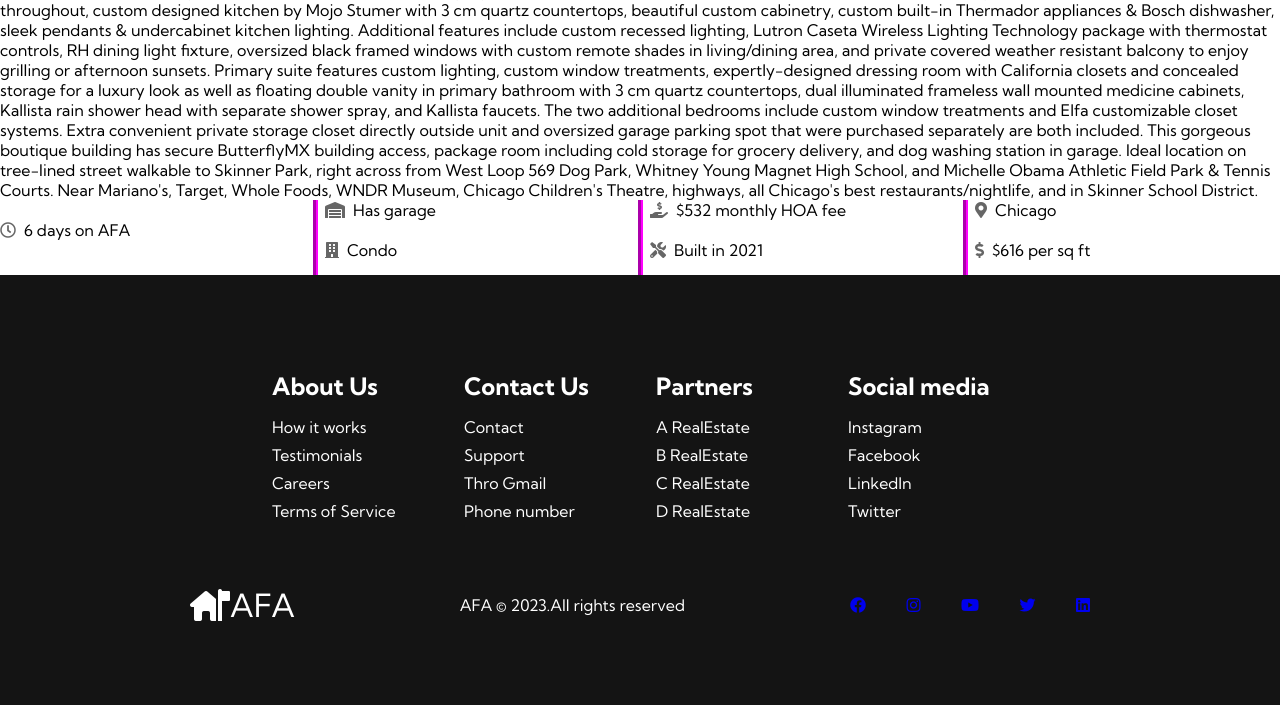
Repository: MrAllin1/ProgWWW_23_Gr1
Page: pages/Apartment1.html
The author's editor kept a copy of each file at every save. The page is drawn from the files as they stood at one save, then again after the next save.
The browser window is 1280 px wide. The pictures show the part of the page from y = 709 to 1489 px (the page is 1414 px tall before and 1489 px after).
A picture or video elsewhere on the page could not be fetched, so the positions and the page height are approximate. Some web libraries are served in a nearby version.

Above is the page before, as saved 2024-01-11 02:22:23.

### pages/Apartment1.html
<!DOCTYPE html>
<html lang="en">
<head>
    <meta charset="UTF-8">
    <meta name="viewport" content="width=device-width, initial-scale=1.0">
    <link rel="stylesheet" type="text/css" href="../pages/stylesForHouse.css">
    <script src="https://kit.fontawesome.com/186711ed6a.js" crossorigin="anonymous"></script>
    <link rel="preconnect" href="https://fonts.googleapis.com">
    <link rel="preconnect" href="https://fonts.gstatic.com" crossorigin>
    <link href="https://fonts.googleapis.com/css2?family=Kumbh+Sans:wght@400;700&display=swap" rel="stylesheet">
    <link rel="stylesheet" href="https://cdnjs.cloudflare.com/ajax/libs/font-awesome/5.15.1/css/all.min.css">
    <title>Apartment on Chicago</title>
</head>
<body>
    <nav class="navbar">
        <div class="navbar_container">
            <a href="/" id="navbar_logo"> <i class="fas fa-house-flag"></i>AFA</a>
            <div class="navbar_toggle" id="mobile-menu">
                <span class="bar"></span>
                <span class="bar"></span>
                <span class="bar"></span>
            </div>
            <ul class="navbar_menu">
                <li class="navbar_item">
                    <a href="#home" class="navbar_link">Home</a>
                </li>
                <li class="navbar_item">
                    <a href="#services" class="navbar_link">Services</a>
                </li>
                <li class="navbar_item">
                    <a href="/pages/BuyRent.html" class="navbar_link">Buy/Rent</a>
                </li>
                <li class="navbar_item">
                    <a href="/pages/sell.html" class="navbar_link">Sell</a>
                </li>
                <li class="navbar_btn">
                    <a href="/pages/signUp.html" class="button">Sign Up</a>
                </li>
            </ul>
        </div>
    </nav>
    <div class="gallery-container">
        <h2>Welcome to the Chicago, IL 60607 Apartment</h2> </br>
        <a href="https://www.google.com/maps/place/1400+W+Monroe+St+Unit+3D,+Chicago,+IL+60607/@41.8921309,-87.6437649,17z/data=!3m1!4b1!4m5!3m4!1s0x880e2c022b8c54db:0xb0636704019237d3!8m2!3d41.8921309!4d-87.6415762" target="_blank" class="services_link1">1400 W Monroe St Unit 3D, Chicago, IL 60607</a> </br>
        <p>$1,135,000</p></br>
        <span> 171 square meters</span>
        <div class="gallery">
            <img src="/images/Apartment_1/item_1.jpg" alt="Image 1" />
            <img src="/images/Apartment_1/item_2.jpg" alt="Image 2" />
            <img src="/images/Apartment_1/item_3.jpg" alt="Image 3" />
            <img src="/images/Apartment_1/item_4.jpg" alt="Image 4" />
            <img src="/images/Apartment_1/item_5.JPG" alt="Image 5" />
            <img src="/images/Apartment_1/item_6.JPG" alt="Image 6" />
            <img src="/images/Apartment_1/item_7.JPG" alt="Image 7" />
            <img src="/images/Apartment_1/item_8.JPG" alt="Image 8" />
            <img src="/images/Apartment_1/item_9.JPG" alt="Image 9" />
            <img src="/images/Apartment_1/item_10.jpg" alt="Image 10" />
            <img src="/images/Apartment_1/item_11.jpg" alt="Image 11" />
            <img src="/images/Apartment_1/item_12.jpg" alt="Image 12" />
            <img src="/images/Apartment_1/item_13.jpg" alt="Image 13" />
            <img src="/images/Apartment_1/item_14.jpg" alt="Image 14" />
            <img src="/images/Apartment_1/item_15.JPG" alt="Image 15" />
            <img src="/images/Apartment_1/item_16.jpg" alt="Image 16" />
            <img src="/images/Apartment_1/item_17.jpg" alt="Image 17" />
            <img src="/images/Apartment_1/item_18.jpg" alt="Image 18" />
            <img src="/images/Apartment_1/item_19.jpg" alt="Image 19" />
            <img src="/images/Apartment_1/item_20.jpg" alt="Image 20" />
            <img src="/images/Apartment_1/item_21.jpg" alt="Image 21" />
            <img src="/images/Apartment_1/item_22.jpg" alt="Image 22" />
          </div>

          <button class="arrow-button left">&#8249;</button>
          <button class="arrow-button right">&#8250;</button>
          <p> About this home
            Stunning 3Bed/2.5Bath corner condo in the gorgeous, newer construction 1400 W Monroe Residences!
            Distinctly upgraded unit includes hardwood floors throughout, custom designed kitchen by Mojo Stumer
            with 3 cm quartz countertops, beautiful custom cabinetry, custom built-in Thermador appliances & Bosch
            dishwasher, sleek pendants & undercabinet kitchen lighting. Additional features include custom recessed
            lighting, Lutron Caseta Wireless Lighting Technology package with thermostat controls, RH dining light
            fixture, oversized black framed windows with custom remote shades in living/dining area, and private
            covered weather resistant balcony to enjoy grilling or afternoon sunsets. Primary suite features custom
            lighting, custom window treatments, expertly-designed dressing room with California closets and concealed
            storage for a luxury look as well as floating double vanity in primary bathroom with 3 cm quartz countertops,
            dual illuminated frameless wall mounted medicine cabinets, Kallista rain shower head with separate shower spray,
            and Kallista faucets. The two additional bedrooms include custom window treatments and Elfa customizable closet
            systems. Extra convenient private storage closet directly outside unit and oversized garage parking spot that
            were purchased separately are both included. This gorgeous boutique building has secure ButterflyMX building
            access, package room including cold storage for grocery delivery, and dog washing station in garage. Ideal
            location on tree-lined street walkable to Skinner Park, right across from West Loop 569 Dog Park, Whitney
            Young Magnet High School, and Michelle Obama Athletic Field Park & Tennis Courts. Near Mariano's, Target,
            Whole Foods, WNDR Museum, Chicago Children's Theatre, highways, all Chicago's best restaurants/nightlife,
            and in Skinner School District.</p>
    </div>

    <div class="property-features">
      <div class="feature">
        <i class="far fa-clock"></i> 6 days on AFA
      </div>
      <div class="feature">
        <i class="fas fa-warehouse"></i> Has garage
      </div>
      <div class="feature">
        <i class="fas fa-building"></i> Condo
      </div>
      <div class="feature">
        <i class="fas fa-hand-holding-usd"></i> $532 monthly HOA fee
      </div>
      <div class="feature">
        <i class="fas fa-tools"></i> Built in 2021
      </div>
      <div class="feature">
        <i class="fas fa-map-marker-alt"></i> Chicago
      </div>
      <div class="feature">
        <i class="fas fa-dollar-sign"></i> $616 per sq ft
      </div>
    </div>


    <div class="footer_container">
        <div class="footer_links">
            <div class="footer_link-wrapper">
                <div class="footer_link-items">
                    <h2>About Us</h2>
                    <a href="/">How it works</a>
                    <a href="/">Testimonials</a>
                    <a href="/">Careers</a>
                    <a href="/">Terms of Service</a>
                </div>
                <div class="footer_link-items">
                    <h2>Contact Us</h2>
                    <a href="/">Contact</a>
                    <a href="/">Support</a>
                    <a href="/">Thro Gmail</a>
                    <a href="/">Phone number</a>
                </div>
            </div>
            <div class="footer_link-wrapper">
                <div class="footer_link-items">
                    <h2>Partners</h2>
                    <a href="/">A RealEstate</a>
                    <a href="/">B RealEstate</a>
                    <a href="/">C RealEstate</a>
                    <a href="/">D RealEstate</a>
                </div>
                <div class="footer_link-items">
                    <h2>Social media</h2>
                    <a href="https://www.instagram.com" target="_blank">Instagram</a>
                    <a href="https://www.facebook.com" target="_blank">Facebook</a>
                    <a href="https://www.linkedin.com" target="_blank">LinkedIn</a>
                    <a href="https://www.twitter.com" target="_blank">Twitter</a>
                </div>
            </div>
        </div>
        <div class="social_media">
            <div class="social_media-wrap">
                <div class="footer_logo">
                    <a href="/" id="footer_logo"> <i class="fas fa-house-flag"></i>AFA</a>
                </div>
                <p class="website_rights">AFA © 2023.All rights reserved</p>
                <div class="social_icons">
                    <a href="/" class="social_icon_link" target="_blank"><i class="fab fa-facebook"></i></a>
                    <a href="https://www.instagram.com" class="social_icon_link" target="_blank"><i class="fab fa-instagram"></i></a>
                    <a href="https://www.facebook.com" class="social_icon_link" target="_blank"><i class="fab fa-youtube"></i></a>
                    <a href="https://www.twitter.com" class="social_icon_link" target="_blank"><i class="fab fa-twitter"></i></a>
                    <a href="https://www.linkedin.com" class="social_icon_link" target="_blank"><i class="fab fa-linkedin"></i></a>
                </div>
            </div>
        </div>
    </div>

    <script src="../app.js"></script>

</body>
</html>

### pages/stylesForHouse.css
*{
    box-sizing: border-box;
    margin: 0;
    padding: 0;
    font-family:'Kumbh Sans', sans-serif;

}

.navbar{
    background: #131313;
    height: 80px;
    display: flex;
    justify-content: center;
    align-items: center;
    font-size: 1.2rem;
    position: sticky;
    top: 0;
    z-index: 999;
}
.navbar_container{
    display: flex;
    justify-content: space-between;
    height: 80px;
    z-index: 1;
    width: 100%;
    max-width: 1300px;
    margin: 0 auto;
    padding: 0 50px;
}
#navbar_logo{
    color: #ff8177;
    background-image:linear-gradient(to top,#ff0844 0%,#ffb199 100%);
    background-size: 100%;
    -webkit-background-clip: text;
    -moz-background-clip: text;
    -webkit-text-fill-color: transparent;
    -moz-text-fill-color: transparent;
    display: flex;
    align-items: center;
    cursor: pointer;
    text-decoration: none;
    font-size: 2rem;
}

.navbar_menu{
    display: flex;
    align-items: center;
    list-style: none;
    text-align: center;
}

.navbar_item{
    height: 80px;
}

.navbar_link{
    color: #fff;
    display: flex;
    align-items: center;
    justify-content: center;
    text-decoration: none;
    padding: 0rem 1rem;
    height: 100%;
}

.navbar_link:hover{
    color: #f77062;
    transition: all 0.3s ease;
}
.navbar_btn{
    display: flex;
    justify-content: center;
    align-items: center;
    padding: 0 1rem;
    width: 100%;
}
.button{
    display: flex;
    justify-content: center;
    align-items: center;
    text-decoration: none;
    padding: 10px 20px;
    height: 100%;
    width: 100%;
    border: none;
    outline: none;
    border-radius: 4px;
    background: #f77062;
    color: #fff;
}
.button:hover{
    background: whitesmoke;
    transition: all 0.3s ease;
    color: #f77062;
}

@media screen and (max-width:960px) {
    .navbar_container{
        display: flex;
        justify-content: space-between;
        height: 80px;
        z-index: 1;
        width: 100%;
        max-width: 1300px;
        padding: 0;
    }
    .navbar_menu{
        display: grid;
        grid-template-columns: auto;
        margin: 0;
        width: 100%;
        position: absolute;
        top: -1000px;
        opacity: 0;
        transition: all 0.5s ease;
        height: 50vh;
        z-index: -1;
        background: #131313;
    }
    .navbar_menu.active{
        top: 100%;
        opacity: 1;
        transition: all 0.5s ease;
        z-index: 1;
        height: 50vh;
        font-size: 1.6rem;
    }
    #navbar_logo{
        padding-left: 25px;
    }
    .navbar_toggle .bar{
        width: 25px;
        height: 3px;
        margin: 5px auto;
        transition: all 0.3s ease-in-out;
        background: #fff;
    }
    .navbar_item{
        width: 100%;
    }
    .navbar_link{
        text-align: center;
        padding: 2rem;
        width: 100%;
        display: table;
    }

    #mobile-menu{
        position: absolute;
        top: 20%;
        right: 5%;
        transform: translate(5%,20%);
    }

    .navbar_toggle .bar{
        display: block;
        cursor: pointer;
    }
    #mobile-menu.is-active .bar:nth-child(2){
        opacity: 0;
    }
    #mobile-menu.is-active .bar:nth-child(1){
        transform: translateY(8px) rotate(45deg);
    }
    #mobile-menu.is-active .bar:nth-child(3){
        transform: translateY(-8px) rotate(-45deg);
    }
    .navbar_btn{
        padding-bottom: 2rem;
    }
    .button{
        display: flex;
        justify-content: center;
        align-items:center;
        width: 80%;
        height: 80px;
        margin: 0;
    }
}



/* Hero section css*/

.main{
    background-color: #141414;
}
.main_container{
    display: grid;
    grid-template-columns: 1fr 1fr;
    align-items: center;
    justify-self:center ;
    margin: 0 auto;
    height: 90vh;
    background-color:#141414 ;
    z-index: 1;
    width: 100%;
    max-width: 1200px;
    padding: 0 50px;
}



/* Mobile Responsive */

@media screen and (max-width:768px) {
    .main_container{
        display: grid;
        grid-template-columns: auto;
        align-items: center;
        justify-self: center;
        width: 100%;
        margin: 0 auto;
        height: 90vh;
    }
    .main_content{
        text-align: center;
        margin-bottom: 4rem;
    }
    .main_content h1{
        font-size: 2.5rem;
        margin-top: 2rem;
    }
    .main_content h2{
        font-size: 3rem;
    }
    .main_content p{
        margin-top: 1rem;
        font-size: 1.2rem;
        color: whitesmoke;
    }
}

@media screen and (max-width:480px) {
    .main_content h1{
        font-size: 2rem;
        margin-top: 3rem;
    }
    .main_content h2{
        font-size: 2rem;
    }
    .main_content p{
        margin-top: 2rem;
        font-size: 1.5rem;
    }
    .main_btn{
        padding: 12px 36px;
        margin: 2.5rem 0;
    }
}
/* Services Section CSS */
.services{
    background: #141414;
    display: flex;
    flex-direction: column;
    align-items: center;
    height: 100vh;
}

.services h1{
    background-color: #ff8177;
    background-image: linear-gradient(to right, #ff8177,0%,#ff867a 0%,#ff8c7f 21%,#ff9185 52%,#cf556c 78%,#b12a5b 100%);
    background-size: 100%;
    margin-bottom: 5rem;
    font-size: 2.5rem;
    -webkit-background-clip: text;
    -moz-background-clip: text;
    -webkit-text-fill-color: transparent;
    -moz-text-fill-color: transparent;
}

.services_container{
    display: flex;
    justify-content: center;
    flex-wrap: wrap;
}
.gallery {
    display: flex;
    transition: transform 0.5s ease-in-out; /* Add transition for smoother shifting */

  }
  .gallery-container {
    position: relative;
    overflow: hidden; /* Ensure that the gallery is contained within its parent */
}

.gallery img {
    width: 50%; /* Adjusted to 100% for full width */
    height: 50%; /* Adjusted to 100% for full height */
    object-fit: cover; /* Maintain aspect ratio and cover the container */
    margin: 10px;
    padding: 10px;
}

  .arrow-button {
    position: absolute;
    top: 50%;
    transform: translateY(-50%);
    width: 50px;
    height: 50px;
    background-color: rgba(0, 0, 0, 0.5);
    border: none;
    border-radius: 50%;
    color: white;
    font-size: 24px;
    cursor: pointer;
  }

  .arrow-button:hover {
    background-color: rgba(0, 0, 0, 0.8);
  }

  .arrow-button.left {
    left: 0;
  }

  .arrow-button.right {
    right: 0;
  }
  .property-features {
    column-count: 2;
    column-gap: 20px;
    column-rule: 5px outset #ff00ff;
    -webkit-column-count: 4;
    -moz-column-gap: 20px;
    -ms-column-rule: 5px outset #ff00ff;
  }
  .feature {
    display: flex;
    align-items: center;
    margin-bottom: 20px; /* space between items */
    margin-top: 20px;
  }
  .feature i {
    margin-right: 8px; /* space between icon and text */
    color: #666666; /* icon color */
  }
.services_card {
    margin: 1rem;
    height: 525px;
    width: 400px;
    border-radius: 4px;
    background-size: 100% 100%;
    background-repeat: no-repeat;
    position: relative;
    color: #fff;
    display: flex;
    justify-content: center;
    align-items: center;
}
.services_link{
    position: absolute;
    top: 350px;
    left: 30px;
    color: white;
    text-decoration: none;
}
.services_link1{
    position: absolute;
    top: 35px;
    color: black;
    text-decoration: none;
}

.services_card p {
    position: absolute;
    top: 400px;
    left: 30px;
}
.services_card span {
    position: absolute;
    top: 450px;
    left: 30px;
}
.view_button {
    background-image: linear-gradient(to top, #ff0844 0%, #ffb199 100%); /* Initial color */
    background-size: 100% 100%;
    color: #fff;
    padding: 10px 20px;
    border: none;
    outline: none;
    top: 50%;
    left: 50%;
    transform: translate(-50%, -50%);
    border-radius: 4px;
    margin-top: 10px;
    cursor: pointer;
    font-size: 1rem;
    transition: background 0.5s ease, transform 0.3s ease, opacity 0.3s ease;
    opacity: 1;
    transform: translateY(0);
}

.view_button:hover {
    background-image: linear-gradient(to top, #b721ff 0%, #21d4fd 100%);
    background-size: 100% 100%;
    background-position: center;
    color: #fff;
    transform: translateY(-10px);
    opacity: 0.9;
}
.Acard-1 {
    background-image: linear-gradient(
        to bottom,
        rgba(0,0,0,0.0) 0%,
        rgba(17,17,17,0.6) 100%
        ),
        url('/images/Apartment_1/item_1.jpg');
}

.Acard-2 {
    background-image: linear-gradient(
        to bottom,
        rgba(0,0,0,0.0) 0%,
        rgba(17,17,17,0.6) 100%
        ),
        url('/images/Apartment_2/Item_1.jpg');
}
.Acard-3 {
    background-image: linear-gradient(
        to bottom,
        rgba(0,0,0,0.0) 0%,
        rgba(17,17,17,0.6) 100%
        ),
        url('/images/Apartment_3/Item_1.jpg');
}

.Acard-4 {
    background-image: linear-gradient(
        to bottom,
        rgba(0,0,0,0.0) 0%,
        rgba(17,17,17,0.6) 100%
        ),
        url('/images/Apartment_4/Item_1.jpg');
}

.Acard-5 {
    background-image: linear-gradient(
        to bottom,
        rgba(0,0,0,0.0) 0%,
        rgba(17,17,17,0.6) 100%
        ),
        url('/images/Apartment_5/item_1.jpg');
}

.Acard-6 {
    background-image: linear-gradient(
        to bottom,
        rgba(0,0,0,0.0) 0%,
        rgba(17,17,17,0.6) 100%
        ),
        url('/images/Apartment_6/item_1.jpg');
}

.Acard-7 {
    background-image: linear-gradient(
        to bottom,
        rgba(0,0,0,0.0) 0%,
        rgba(17,17,17,0.6) 100%
        ),
        url('/images/Apartment_7/Item_1.jpg');
}

.Acard-8 {
    background-image: linear-gradient(
        to bottom,
        rgba(0,0,0,0.0) 0%,
        rgba(17,17,17,0.6) 100%
        ),
        url('/images/Apartment_8/item_1.jpg');
}

.Acard-9 {
    background-image: linear-gradient(
        to bottom,
        rgba(0,0,0,0.0) 0%,
        rgba(17,17,17,0.6) 100%
        ),
        url('/images/Apartment_9/item_1.jpg');
}


.Hcard-1 {
    background-image: linear-gradient(
        to bottom,
        rgba(0,0,0,0.0) 0%,
        rgba(17,17,17,0.6) 100%
        ),
        url('/images/House_1/item_1.jpg');
}
.Hcard-2 {
    background-image: linear-gradient(
        to bottom,
        rgba(0,0,0,0.0) 0%,
        rgba(17,17,17,0.6) 100%
        ),
        url('/images/House_2/Item_1.jpg');
}
.Hcard-3 {
    background-image: linear-gradient(
        to bottom,
        rgba(0,0,0,0.0) 0%,
        rgba(17,17,17,0.6) 100%
        ),
        url('/images/House_3/Item_1.jpg');
}
.Hcard-4 {
    background-image: linear-gradient(
        to bottom,
        rgba(0,0,0,0.0) 0%,
        rgba(17,17,17,0.6) 100%
        ),
        url('/images/House_4/Item_1.jpg');
}

.Hcard-5 {
    background-image: linear-gradient(
        to bottom,
        rgba(0,0,0,0.0) 0%,
        rgba(17,17,17,0.6) 100%
        ),
        url('/images/House_5/item_1.jpg');
}

.Hcard-6 {
    background-image: linear-gradient(
        to bottom,
        rgba(0,0,0,0.0) 0%,
        rgba(17,17,17,0.6) 100%
        ),
        url('/images/House_6/item_1.jpg');
}

.Hcard-7 {
    background-image: linear-gradient(
        to bottom,
        rgba(0,0,0,0.0) 0%,
        rgba(17,17,17,0.6) 100%
        ),
        url('/images/House_7/item_1.jpg');
}

.Hcard-8 {
    background-image: linear-gradient(
        to bottom,
        rgba(0,0,0,0.0) 0%,
        rgba(17,17,17,0.6) 100%
        ),
        url('/images/House_8/item_1.jpg');
}

.Hcard-9 {
    background-image: linear-gradient(
        to bottom,
        rgba(0,0,0,0.0) 0%,
        rgba(17,17,17,0.6) 100%
        ),
        url('/images/House_9/item_1.jpg');
}

/* Footer CSS   */

.footer_container {
    background: #141414;
    padding: 5rem 0;
    display: flex;
    flex-direction: column;
    justify-content: center;
    align-items: center;
}
#footer_logo{
    color: #fff;
    display: flex;
    align-items: center;
    cursor: pointer;
    text-decoration: none;
    font-size: 2rem;
}
.footer_links {
    width: 100%;
    max-width: 1000px;
    display: flex;
    justify-content: center;
}


.footer_link-wrapper{
    display: flex;
}
.footer_link-items{
    display: flex;
    flex-direction: column;
    align-items: flex-start;
    margin: 16px;
    text-align: left;
    width: 160px;
    box-sizing: border-box;
}

.footer_link-items h2{
    margin-bottom: 16px;
}

.footer_link-items > h2{
    color: #fff;
}
.footer_link-items a{
    color: #fff;
    text-decoration: none;
    margin-bottom: 0.5rem;
}
.footer_link-items a:hover{
    color: #e9e9e9;
    transition: 0.3s ease-out;
}

.social_icon-link{
    color: #fff;
    font-size: 24px;
}
.social_media{
    max-width: 1000px;
    width: 100%;
}
.social_media-wrap{
    display: flex;
    justify-content: space-between;
    align-items: center;
    width: 90%;
    max-width: 1000px;
    margin: 40px auto 0 auto;
}
.social_icons{
    display: flex;
    justify-content: space-between;
    align-items: center;
    width: 240px;
}
.social_logo{
    color: #fff;
    justify-self: start;
    cursor: pointer;
    text-decoration: none;
    font-size: 2rem;
    display: flex;
    align-items: center;
    margin-left: 20px;
    margin-bottom: 16px;
}

.website_rights{
    color: #fff;
}

@media screen and (max-width:820px){
    .footer_linkS{
       padding-top: 2rem;
    }
    .footer_logo{
        margin-bottom: 2rem;
    }
    .website_rights{
        margin-bottom: 2rem;
    }
    .footer_link-wrapper{
        flex-direction: column;
    }
    .social_media-wrap{
        flex-direction: column;
    }
}

@media screen and (max-width:480px) {
    .footer_link-items{
        margin: 0;
        padding: 10px;
        width: 100%;
    }

}
/* Video container*/
.video-container
{
    column-count:auto 25em;
    column-gap:40px;
    column-rule:none;
    -webkit-column-count:2;
    -moz-column-gap:20px;
    -ms-column-rule:none;

}
.video-container iframe {
    height: 50vh; /* 50% of the viewport height */
    width: 50vw; /* 80% of the viewport width */
    margin:20px;
}
#paragraph{
    margin: 20px;
    padding: 20px;
}

Loaded but not shown: app.js (155 lines, source omitted)

After the next save:
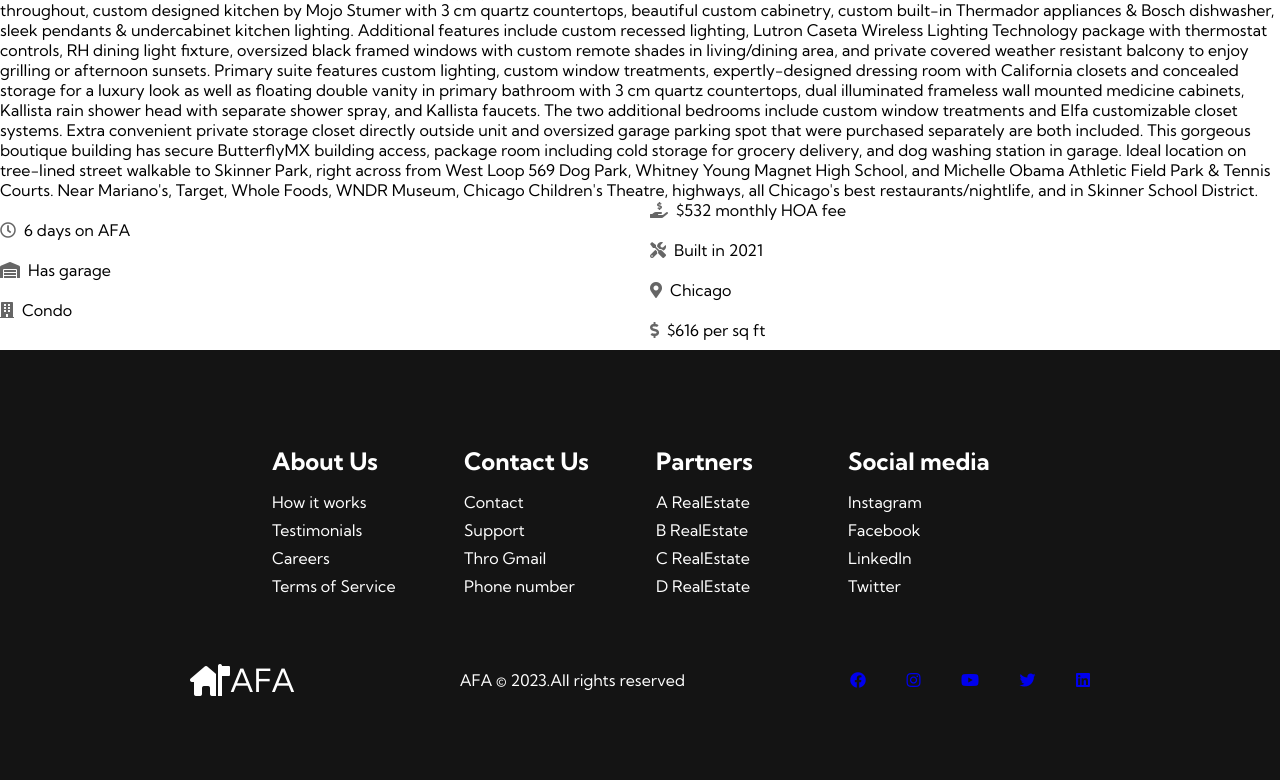
Saved 18 s later.
--- a/pages/stylesForHouse.css
+++ b/pages/stylesForHouse.css
@@ -320,10 +320,8 @@
   .property-features {
     column-count: 2;
     column-gap: 20px;
-    column-rule: 5px outset #ff00ff;
-    -webkit-column-count: 4;
+    -webkit-column-count: 2;
     -moz-column-gap: 20px;
-    -ms-column-rule: 5px outset #ff00ff;
   }
   .feature {
     display: flex;
